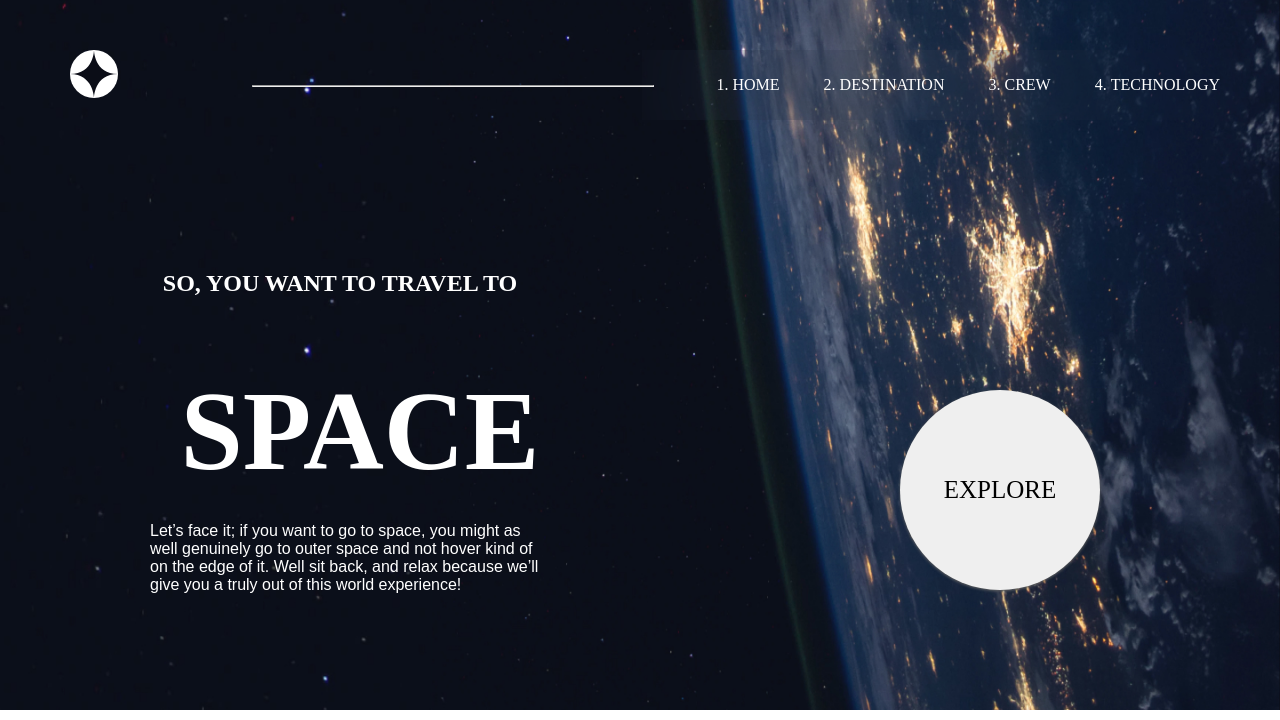
Repository: batonAnton/space_tourism
Page: destination.html
The author's editor kept a copy of each file at every save. The page is drawn from the files as they stood at one save, then again after the next save.
The browser window is 1280 px wide. The pictures show the whole page.
Some web fonts or font styles are not loaded; a fallback is used.

Above is the page before, as saved 2022-05-19 14:27:18.

### destination.html
<!DOCTYPE html>
<html lang="en">
<head>
    <meta charset="UTF-8">
    <meta http-equiv="X-UA-Compatible" content="IE=edge">
    <meta name="viewport" content="width=device-width, initial-scale=1.0">
    <title>Space Tourism</title>
    <link rel="stylesheet" href="css/style.css">
    <link rel="preconnect" href="https://fonts.googleapis.com">
    <link rel="preconnect" href="https://fonts.gstatic.com" crossorigin>
    <link href="https://fonts.googleapis.com/css2?family=Bellefair&family=Merriweather&display=swap" rel="stylesheet">

    <link rel="preconnect" href="https://fonts.gstatic.com" crossorigin>
    <link href="https://fonts.googleapis.com/css2?family=Bellefair&family=Merriweather&display=swap" rel="stylesheet">
    <link rel="preconnect" href="https://fonts.googleapis.com">
    <link rel="preconnect" href="https://fonts.gstatic.com" crossorigin>
    <link href="https://fonts.googleapis.com/css2?family=Barlow+Condensed:wght@300&family=Bellefair&family=Merriweather&display=swap" rel="stylesheet">
</head>
<body>

    <div class="bg">
        <div class="top-container">
            <div class="logo_img">
                <img src="/images/Icon.svg" alt="logo">

            </div>


            <div class="nav">

                <hr>
                    <ol>

                        <li><a href="default.asp">home</a></li>
                        <li><a href="news.asp">destination</a></li>
                        <li><a href="contact.asp">crew</a></li>
                        <li><a href="about.asp">technology</a></li>

                    </ol>

            </div>
        </div>

        <div class="middle_container">

            <div class="get-info">
                <h2>so, you want to travel to</h2>
                <h1>space</h1>
                <p>Let’s face it; if you want to go to space, you might as well genuinely go to outer space and not hover kind of on the edge of it. Well sit back, and relax because we’ll give you a truly out of this world experience!</p>
            </div>

            <div class="btn_block">
                <button class="btn">explore</button>
            </div>
        </div>

    </div>
</body>
</html>

### css/style.css
body {
  /* height: 900px; */
  margin: 0;
}

.bg {
  background-image: url(/images/back_Bitmap.jpg);
  height: 100%;
  background-position: center;
  background-repeat: no-repeat;
  background-size: cover;
}

.top-container {
  /* display: inline-block; */
  padding: 50px 0px 50px 70px;
  /* width: 100%; */
}

.logo_img {
  /* width: 555px; */
  float: left;
}

hr {
  width: 400px;
  position: absolute;
  margin: 25px 0px 100px -390px;
}

.nav {
  /* width: 60%; */
  /* margin-left: 408px; */
  position: relative;
  float: right;
  clear: none;
  /* border: 1px solid #979797; */
  padding: 10px 0px 10px 0px;
  backdrop-filter: blur(85px);
  text-transform: uppercase;
}
.nav a {
  text-decoration: none;
}

.nav a:after {
  background: none repeat scroll 0 0 transparent;
  bottom: 0;
  content: "";
  display: block;
  height: 2px;
  left: 50%;
  position: absolute;
  background: #fff;
  transition: width 0.3s ease 0s, left 0.3s ease 0s;
  width: 0;
}
a:hover:after {
  width: 10%;
  left: 0;
}

ol {
  display: inline-flex;
  /* width: 200px; */
  margin-left: 50px;
}

li {
  padding: 0px 60px 0px 0px;
  color: #ffffff;
}

.nav a {
  color: #ffffff;
  font-family: "Bellefair", serif;
  /* font-family: "Merriweather", serif; */
}

/* middle-container property */
.middle_container {
  display: inline-flex;
}

.get-info {
  margin: 130px 100px 100px 150px;
}

h1,
h2,
p {
  color: #ffffff;
}

h1,
h2 {
  text-align: center;
  width: 380px;
  text-transform: uppercase;
  font-family: "Bellefair", serif;
}

h1 {
  font-size: 7rem;
  height: 80px;
  padding-left: 20px;
  margin-top: 70px;
}

p {
  width: 400px;
  text-align: left;
  font-family: "Barlow Condensed", sans-serif;
}

.btn_block {
  /* padding: 300px 0px 0px 300px; */
  margin: 270px 0px 0px 250px;
}

.btn {
  background: ffffff;
  background-image: -webkit-linear-gradient(top, ffffff, #2980b9);
  background-image: -moz-linear-gradient(top, ffffff, #2980b9);
  background-image: -ms-linear-gradient(top, ffffff, #2980b9);
  background-image: -o-linear-gradient(top, ffffff, #2980b9);
  background-image: linear-gradient(to bottom, ffffff, #2980b9);
  -webkit-border-radius: 100;
  -moz-border-radius: 100;
  border-radius: 200px;
  -webkit-box-shadow: 0px 1px 3px #666666;
  -moz-box-shadow: 0px 1px 3px #666666;
  box-shadow: 0px 1px 3px #666666;
  font-family: "Bellefair", serif;
  /* font-family: "Merriweather", serif;
  color: #0b0d17; */
  font-size: 25px;
  padding: 45px 40px 45px 40px;
  border: solid #1f628d 0px;
  text-decoration: none;
  /* float: right; */
  height: 200px;
  width: 200px;
  text-transform: uppercase;
}

.btn:hover {
  background: #979797;
  /* background-image: -webkit-linear-gradient(top, #97979, #3498db);
  background-image: -moz-linear-gradient(top, #3cb0fd, #3498db);
  background-image: -ms-linear-gradient(top, #3cb0fd, #3498db);
  background-image: -o-linear-gradient(top, #3cb0fd, #3498db);
  background-image: linear-gradient(to bottom, #3cb0fd, #3498db); */
  text-decoration: none;
  box-shadow: -5px 20px 20px 20px#666666;
  /* border-width: 100px; */
}

Loaded but not shown: css/style2 .css (no stored copy; drawn as an empty file)

After the next save:
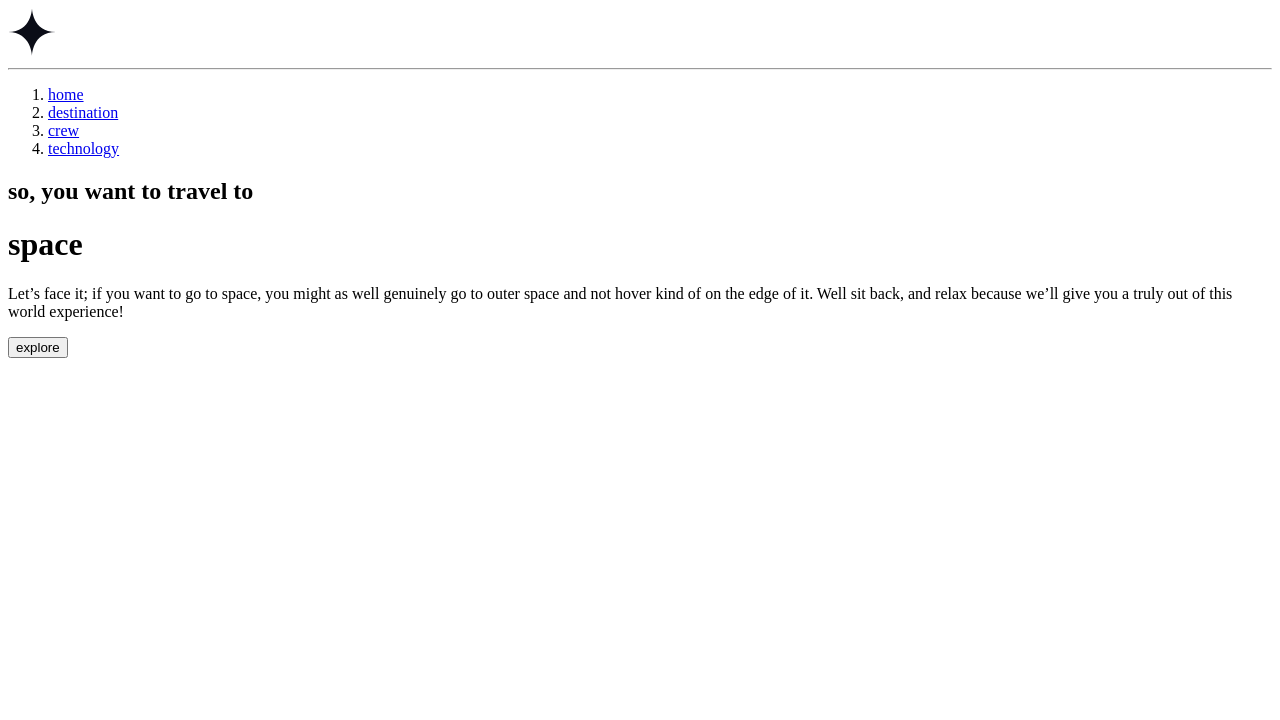
Saved 2 min 56 s later.
--- a/destination.html
+++ b/destination.html
@@ -5,7 +5,7 @@
     <meta http-equiv="X-UA-Compatible" content="IE=edge">
     <meta name="viewport" content="width=device-width, initial-scale=1.0">
     <title>Space Tourism</title>
-    <link rel="stylesheet" href="css/style.css">
+    <link rel="stylesheet" href="css/style2 .css">
     <link rel="preconnect" href="https://fonts.googleapis.com">
     <link rel="preconnect" href="https://fonts.gstatic.com" crossorigin>
     <link href="https://fonts.googleapis.com/css2?family=Bellefair&family=Merriweather&display=swap" rel="stylesheet">
@@ -25,7 +25,7 @@
 
             </div>
 
-
+                                             <!--navbar code -->
             <div class="nav">
 
                 <hr>
